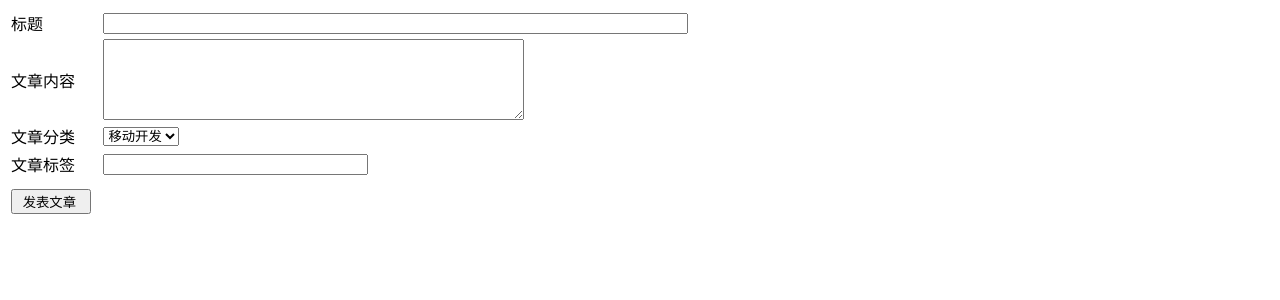
Repository: tangqingyun/java
Page: http://localhost/tamny_blog/postedit.jsp
These files come from the project's save history. The page is drawn as it stood at one moment and after the next save; the edit follows.
The browser window is 1280 px wide. The pictures show the whole page.
The page is served by Tomcat 9. Nobody is signed in. The application's start-up code is not run. Other server files are loaded and not shown.

Above is the page before, as saved 2015-01-21 09:52:55.

### tamny_blog/WebContent/postedit.jsp
<%@ page language="java" import="java.util.*" pageEncoding="UTF-8"%>

<!DOCTYPE html PUBLIC "-//W3C//DTD HTML 4.01 Transitional//EN" "http://www.w3.org/TR/html4/loose.dtd">
<html>
<head>
<meta http-equiv="Content-Type" content="text/html; charset=UTF-8">
<title>Insert title here</title>
</head>
<body>

 <form action="${pageContext.request.contextPath}/blogs/pubblog"
		method="post">
		<table id="table_01">
			<tr>
				<td>标题</td>
				<td><input type="text" name="user.username" size="70" /></td>
			</tr>
			<tr>
				<td>文章内容</td>
				<td><textarea name="user.nickname" cols="50" rows="5"></textarea></td>
			</tr>
			<tr>
				<td>文章分类</td>
				<td><select name="user.sex">
						<option value="1">移动开发</option>
						<option value="2">Web前端</option>
						<option value="3">架构设计</option>
						<option value="4">编程语言</option>
						<option value="5">互联网</option>
						<option value="6">数据库</option>
						<option value="7">系统运维</option>
						<option value="8">云计算</option>
						<option value="9">研发管理</option>
						<option value="10">综合</option>
				</select></td>
			</tr>

			<tr>
				<td>文章标签</td>
				<td><input type="text" name="user.nickname" size="30" /></td>
			</tr>

			<tr>
				<td style="padding-top: 10px;"><input type="submit"
					name="submit" value=" 发表文章  " />&nbsp;&nbsp;</td>
			</tr>
		</table>
	</form>

</body>
</html>

After the next save:
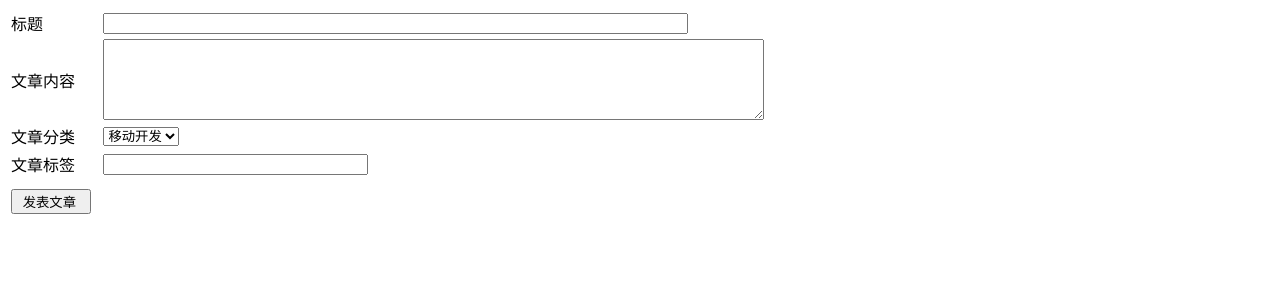
Saved 6 s later.
--- a/tamny_blog/WebContent/postedit.jsp
+++ b/tamny_blog/WebContent/postedit.jsp
@@ -17,7 +17,7 @@
 			</tr>
 			<tr>
 				<td>文章内容</td>
-				<td><textarea name="user.nickname" cols="50" rows="5"></textarea></td>
+				<td><textarea name="user.nickname" cols="80" rows="5"></textarea></td>
 			</tr>
 			<tr>
 				<td>文章分类</td>
